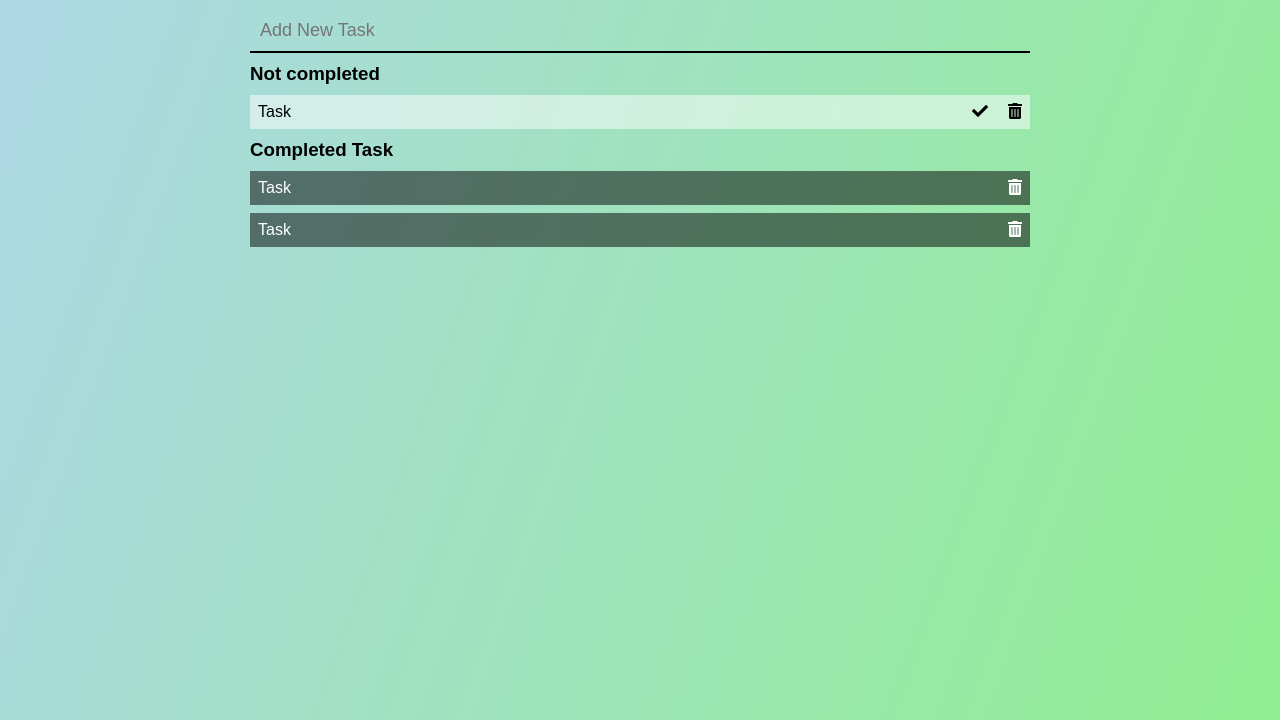
Repository: Mayur2905/OIBSIP
Page: Task-6/index.html
The author's editor kept a copy of each file at every save. The page is drawn from the files as they stood at one save, then again after the next save.
The browser window is 1280 px wide. The pictures show the whole page.

Above is the page before, as saved 2022-02-05 19:41:55.

After the next save:
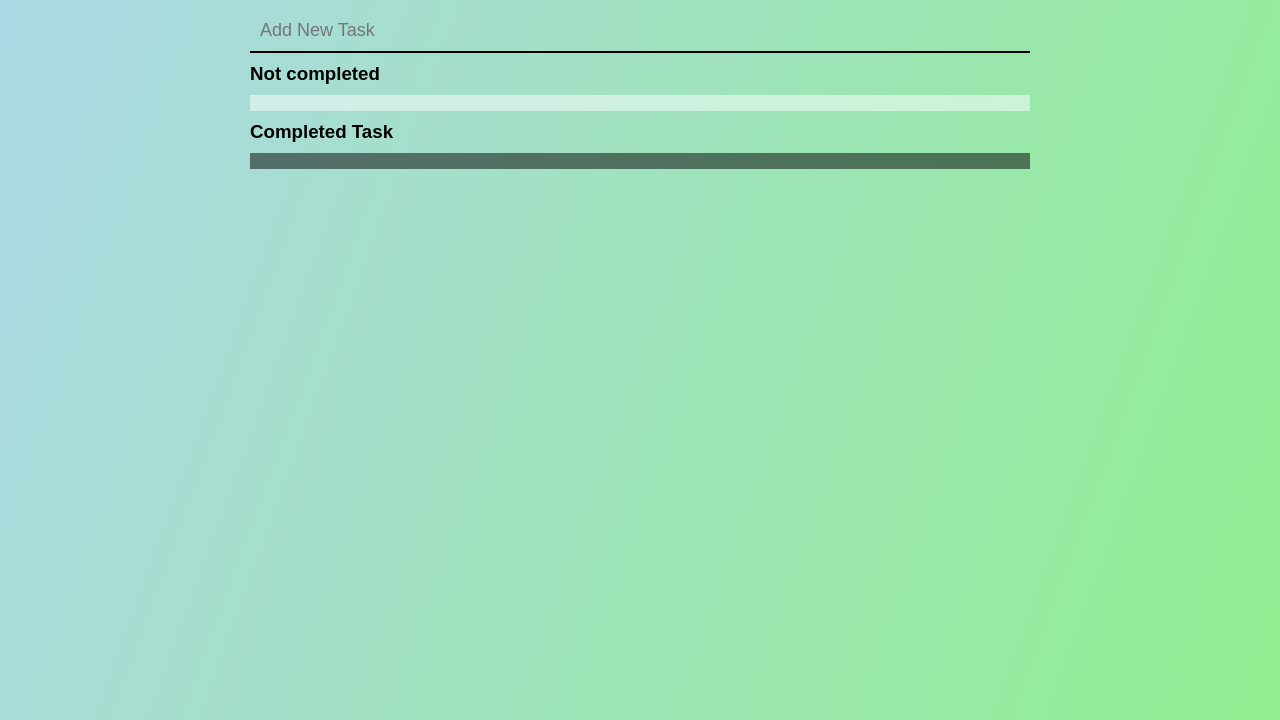
Saved 30 s later.
--- a/Task-6/index.html
+++ b/Task-6/index.html
@@ -15,20 +15,13 @@
         <div class="notdone">
             <h3>Not completed</h3>
             <div class="task">
-                Task
-                <i class="fas fa-trash-alt"></i>
-                <i class="fas fa-check"></i>
+
             </div>
         </div>
         <div class="complete">
             <h3>Completed Task</h3>
             <div class="task">
-                Task
-                <i class="fas fa-trash-alt"></i>
-            </div>
-            <div class="task">
-                Task
-                <i class="fas fa-trash-alt"></i>
+
             </div>
         </div>
     </div>
